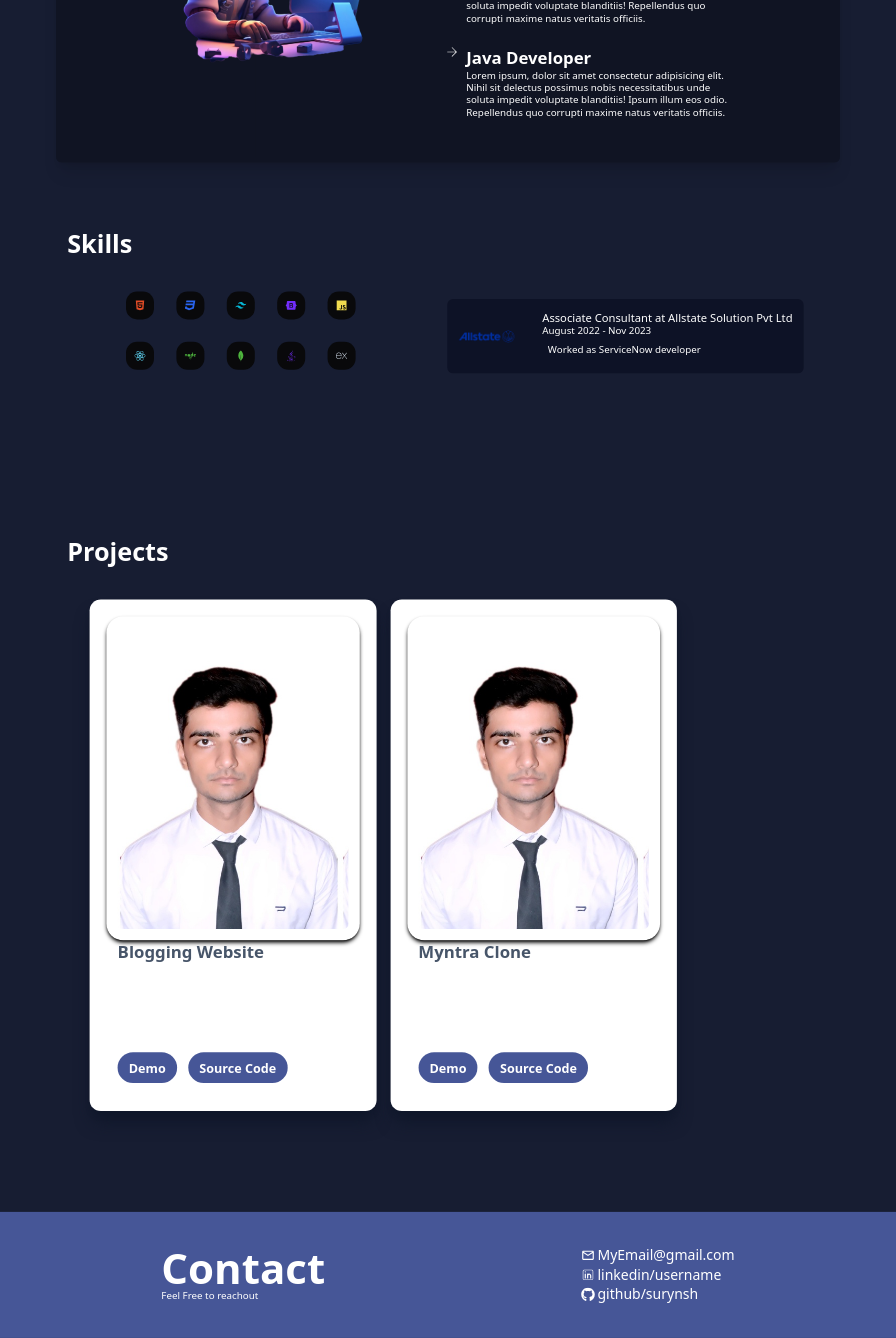
Repository: suryanshsingh99181/portfolio
Page: /
The author's editor kept a copy of each file at every save. The page is drawn from the files as they stood at one save, then again after the next save.
The browser window is 1280 px wide. The pictures show the part of the page from y = 905 to 2825 px (the page is 2817 px tall before and 2825 px after), at 70% of full size.
The project was rebuilt for these pictures with package versions that can differ from the ones it lists, and the page was loaded fresh each time. Also part of the build but not shown: vite.config.js.

Above is the page before, as saved 2024-08-22 11:59:53.

### src/main.jsx
import { StrictMode } from "react";
import { createRoot } from "react-dom/client";
import App from "./App.jsx";
import "./index.css";
import { BrowserRouter, Router } from "react-router-dom";

createRoot(document.getElementById("root")).render(
  <StrictMode>
    <App />
  </StrictMode>
);

### src/App.jsx
import Experience from "./Components/experience/Experience";
import Footer from "./Components/footer/Footer";
import Home from "./Components/home/Home";
import Navbar from "./Components/navbar/Navbar";
import Projects from "./Components/Projects/Projects";
import Skills from "./Components/skills/Skills";
import "./index.css";

function App() {
  return (
    <div className="bg-[#171d32] h-auto w-full overflow-hidden">
      <Navbar></Navbar>
      <Home></Home>
      <Experience></Experience>
      <Skills></Skills>
      <Projects></Projects>
      <Footer></Footer>
    </div>
  );
}

export default App;

### src/Components/experience/Experience.jsx
import { InboxArrowDownIcon } from "@heroicons/react/16/solid";
import { TfiArrowRight } from "react-icons/tfi";
import image from "../../assets/proj.png";

const Experience = () => {
  return (
    <div
      id="Experience"
      className="text-white md:flex overflow-hidden items-center md:flex-wrap md:justify-center bg-black shadow-xl mx-0 md:mx-20 bg-opacity-30 rounded-lg p-12"
    >
      <div>
        <h2 className="text-2xl md:text-4xl font-bold">Experience</h2>
        <div className="md:flex flex-wrap flex-col md:flex-row items-center">
          <img
            className="md:h-80 -ml-28 pr-10"
            src={image}
            alt="Experience Image"
          />
          <ul>
            <div className="flex gap-3 py-4">
              <TfiArrowRight />
              <span className="w-96">
                <h3 className="text-xl md:text-2xl font-semibold leading-normal">
                  {" "}
                  Front-End Developer
                </h3>
                <p className="text-sm md:text-md leading-tight">
                  {" "}
                  Lorem ipsum, dolor sit amet consectetur adipisicing elit.
                  Nihil sit delectus possimus nobis necessitatibus unde soluta
                  impedit voluptate blanditiis! Ipsum illum eos odio.
                  Repellendus quo corrupti maxime natus veritatis officiis.
                </p>
              </span>
            </div>
            <div className="flex gap-3 py-4">
              <TfiArrowRight />
              <span className="w-96">
                <h3 className="text-xl md:text-2xl font-semibold leading-normal">
                  {" "}
                  Back-End Developer
                </h3>
                <p className="text-sm md:text-md leading-tight">
                  {" "}
                  Lorem ipsum, dolor sit amet consectetur adipisicing elit.
                  Nihil sit delectus possimus nobis necessitatibus unde soluta
                  impedit voluptate blanditiis! Repellendus quo corrupti maxime
                  natus veritatis officiis.
                </p>
              </span>
            </div>
            <div className="flex gap-3 py-4">
              <TfiArrowRight />
              <span className="w-96">
                <h1 className="text-xl md:text-2xl font-semibold leading-normal">
                  {" "}
                  Java Developer
                </h1>
                <p className="text-sm md:text-md leading-tight">
                  {" "}
                  Lorem ipsum, dolor sit amet consectetur adipisicing elit.
                  Nihil sit delectus possimus nobis necessitatibus unde soluta
                  impedit voluptate blanditiis! Ipsum illum eos odio.
                  Repellendus quo corrupti maxime natus veritatis officiis.
                </p>
              </span>
            </div>
          </ul>
        </div>
      </div>
    </div>
  );
};

export default Experience;

### src/Components/footer/Footer.jsx
import { CiLinkedin } from "react-icons/ci";
import { FaGithub } from "react-icons/fa";
import { MdOutlineEmail } from "react-icons/md";

const Footer = () => {
  return (
    <div
      id="Contact"
      className="flex justify-around bg-[#465697] text-white p-10 md:p-12 items-center"
    >
      <div>
        <h1 className="text-2xl md:text-6xl font-bold">Contact</h1>
        <h3 className="text-2xl md:text-sm font-normal ">
          Feel Free to reachout
        </h3>
      </div>
      <ul className="text-sm md:text-xl">
        <li className="flex gap-1 items-center">
          <MdOutlineEmail />
          MyEmail@gmail.com
        </li>
        <li className="flex gap-1 items-center">
          <CiLinkedin />
          linkedin/username
        </li>
        <li className="flex gap-1 items-center">
          <FaGithub />
          github/surynsh
        </li>
      </ul>
    </div>
  );
};

export default Footer;
<div></div>;

### src/Components/home/Home.jsx
import React from "react";
import image from "../../assets/suryansh.jpg";
import TextChanger from "../../TextChanger";

const Home = () => {
  return (
    <div className="text-white flex w-full justify-between items-start p-10 md:p-20">
      <div className="md:w-2/4 md:pt-10 mt-10">
        <h1 className="text-3xl md:text-6xl font-bold flex leading-normal tracking-tighter ">
          <TextChanger />
        </h1>
        <p className="text-sm md:text-2xl leading-tight tracking-tight font-serif mt-4">
          a MERN stack developer...
        </p>
        <button className=" bg-blue-500 mt-5 md:md-10 text-white py-2 px-3 text-sm md:text-lg md:px-4 hover:opacity-85 duration-300 hover:scale-105 font-semibold rounded-3xl bg-[#46]">
          Contact Me
        </button>
      </div>
      <div>
        <img
          className="h-96 w-96 rounded-full object-cover object-center p-2 border-4 border-[#FF7C00] shadow-[0_0_0_5px_rgba(0,0,0,1)]"
          src={image}
          alt=""
        />
      </div>
    </div>
  );
};

export default Home;

### src/Components/navbar/Navbar.jsx
import { RiCloseLine, RiMenu3Line } from "@remixicon/react";
import React, { useState } from "react";

const Navbar = () => {
  const [showMenu, setShowMenu] = useState(true);
  const [menu, openMenu] = useState(false);
  return (
    <nav className="flex flex-wrap justify-between md:items-center text-white px-10 md:px-20 bg-slate-800 ">
      <span className="text-2xl font-bold tracking-wide hover:text-cyan-200">
        Suryansh.
      </span>
      <ul
        className={`mx-24  py-2 mt-4 font-semibold md:-5 bg-black px-2 rounded-xl bg-opacity-30 md:border-none text-center md:bg-transparent md:static md:mx-0 md:flex gap-6 ${
          menu ? "block" : "hidden"
        }`}
      >
        <a href="#About">
          <li className="text-md transition-all duration-500 p-1 md:p-0 hover:text-cyan-200 hover:underline ">
            About
          </li>
        </a>
        <a href="#Experience">
          <li className="text-md transition-all duration-300 p-1 md:p-0 hover:text-cyan-200 hover:underline">
            Experience
          </li>
        </a>
        <a href="#Projects">
          <li className="text-md transition-all duration-300 p-1 md:p-0 hover:text-cyan-200 hover:underline">
            Projects
          </li>
        </a>
        <a href="#Contact">
          <li className="text-md transition-all duration-300 p-1 md:p-0 hover:text-cyan-200 hover:underline">
            Contact
          </li>
        </a>
      </ul>
      {showMenu ? (
        <RiMenu3Line
          size={30}
          className="md:hidden absolute right-10 top-6 transition-all duration-300"
          onClick={() => {
            openMenu(!menu);
            setShowMenu(!showMenu);
          }}
        />
      ) : (
        <RiCloseLine
          size={30}
          className="md:hidden absolute right-10 top-6 transition-all duration-300"
          onClick={() => {
            openMenu(!menu);
            setShowMenu(!showMenu);
          }}
        />
      )}
    </nav>
  );
};

export default Navbar;

### src/Components/Projects/Projects.jsx
import ProjectCard from "./ProjectCard";

const Projects = () => {
  return (
    <div id="Projects" className="p-10 md:p-24 text-white">
      <h1 className="text-2xl md:text-4xl text-white font-bold">Projects</h1>
      <div className="py-12 px-8 flex flex-wrap gap-5">
        <ProjectCard
          title="Blogging Website"
          main="This is a blogging Website created in ReactJs"
        />
        <ProjectCard
          title="Myntra Clone"
          main="This is a Shopping Website created in ReactJs"
        />
      </div>
    </div>
  );
};

export default Projects;

### src/Components/skills/Skills.jsx
import {
  FaCss3,
  FaFigma,
  FaGoogle,
  FaHtml5,
  FaJava,
  FaJs,
  FaNode,
  FaReact,
} from "react-icons/fa";
import {
  SiBootstrap,
  SiExpress,
  SiMongodb,
  SiRadixui,
  SiTailwindcss,
} from "react-icons/si";
import allstate_logo from "../../assets/Allstate-Logo-2017.png";
import image from "../../assets/proj.png";

const Skills = () => {
  return (
    <div id="Skills" className="p-10 md:p-24">
      <h1 className="text-2xl md:text-4xl text-white font-bold">Skills</h1>
      <div className="flex flex-wrap items-center justify-around">
        <div className="flex flex-wrap md:w-2/5 gap-8 md:p-12 py-10">
          <span className="p-3 bg-zinc-950 flex items-center rounded-2xl ">
            <FaHtml5 className=" text-[#e34c26]" />
          </span>
          <span className="p-3 bg-zinc-950 flex items-center rounded-2xl ">
            <FaCss3 className=" text-[#2965f1]" />
          </span>
          <span className="p-3 bg-zinc-950 flex items-center rounded-2xl ">
            <SiTailwindcss className=" text-[#06b6d4]" />
          </span>
          <span className="p-3 bg-zinc-950 flex items-center rounded-2xl ">
            <SiBootstrap className=" text-[#712CF9]" />
          </span>
          <span className="p-3 bg-zinc-950 flex items-center rounded-2xl ">
            <FaJs className="text-[#f0db4f]" />
          </span>
          <span className="p-3 bg-zinc-950 flex items-center rounded-2xl ">
            <FaReact className=" text-[#61dbfb] " />
          </span>

          <span className="p-3 bg-zinc-950 flex items-center rounded-2xl ">
            <FaNode className="text-[#4db33d]" />
          </span>

          <span className="p-3 bg-zinc-950 flex items-center rounded-2xl ">
            <SiMongodb className="text-[#4db33d]" />
          </span>
          <span className="p-3 bg-zinc-950 flex items-center rounded-2xl ">
            <FaJava className="text-[#712CF5]" />
          </span>
          <span className="p-3 bg-zinc-950 flex items-center rounded-2xl ">
            <SiExpress className="text-slate-300" />
          </span>
        </div>

        <div className="flex gap-10 bg-slate-950 bg-opacity-45 mt-4 rounded-lg p-4 items-center">
          <img src={allstate_logo} className="w-20 text-[#0033A0]" />
          <span className="text-white">
            <h2 className=" leading-tight ">
              Associate Consultant at Allstate Solution Pvt Ltd
            </h2>
            <p className="text-sm leading-tight font-thin">
              August 2022 - Nov 2023
            </p>
            <ul className="text-sm p-2">
              <li>Worked as ServiceNow developer</li>
            </ul>
          </span>
        </div>
      </div>
    </div>
  );
};

export default Skills;

### src/TextChanger.jsx
import { useState, useEffect } from "react";

const TextChanger = () => {
  const texts = ["Hi I am Suryansh", "Hi I am Suryansh", "Hi I am Suryansh"];
  const [currentText, setCurrentText] = useState("");
  const [endValue, setEndValue] = useState(true);
  const [isForward, setIsForward] = useState(true);
  const [index, setIndex] = useState(0);

  useEffect(() => {
    const intervalId = setInterval(() => {
      setCurrentText(texts[index].substring(0, endValue));
      if (isForward) {
        setEndValue((prev) => prev + 1);
      } else {
        setEndValue((prev) => prev - 1);
      }
      if (endValue > texts[index].length + 10) {
        setIsForward(false);
      }
      if (endValue < 2.1) {
        setIsForward(true);
        setIndex((prev) => prev & texts.length);
      }
    }, 50);
    return () => clearInterval(intervalId);
  }, [endValue, isForward, index, texts]);
  return <div className="transition ease duration-300">{currentText}</div>;
};

export default TextChanger;

### src/Components/Projects/ProjectCard.jsx
import suryansh from "../../assets/suryansh.jpg";

const ProjectCard = ({ title, main }) => {
  return (
    <div className="w-2/5 p-3 md:p-6 flex flex-col bg-white shadow-xl shadow-slate-900 rounded-2xl">
      <img
        className="p-4 rounded-3xl shadow-md shadow-black"
        src={suryansh}
        alt="bannerimage"
      />
      <h3 className="px-4 text-xl md:text-2xl font-semibold leading-normal text-slate-600">
        {title}
      </h3>
      <p className="px-4 text-sm md:text-base leading-tight py-2">{main}</p>
      <div className="mt-2 p-2 md:p-4 flex gap-2 md:gap-4 ">
        <button className="md:mt-10 text-white py-2 px-3 text-sm md:text-lg md:py-2 md:px-4 hover:opacity-85 duration-300 hover:scale-105 font-semibold rounded-3xl bg-[#465697]">
          Demo
        </button>
        <button className="md:mt-10 text-white py-2 px-3 text-sm md:text-lg md:py-2 md:px-4 hover:opacity-85 duration-300 hover:scale-105 font-semibold rounded-3xl bg-[#465697]">
          Source Code
        </button>
      </div>
    </div>
  );
};

export default ProjectCard;

Loaded but not shown: index.html (common file); src/index.css (common file); tailwind.config.js (common file)

After the next save:
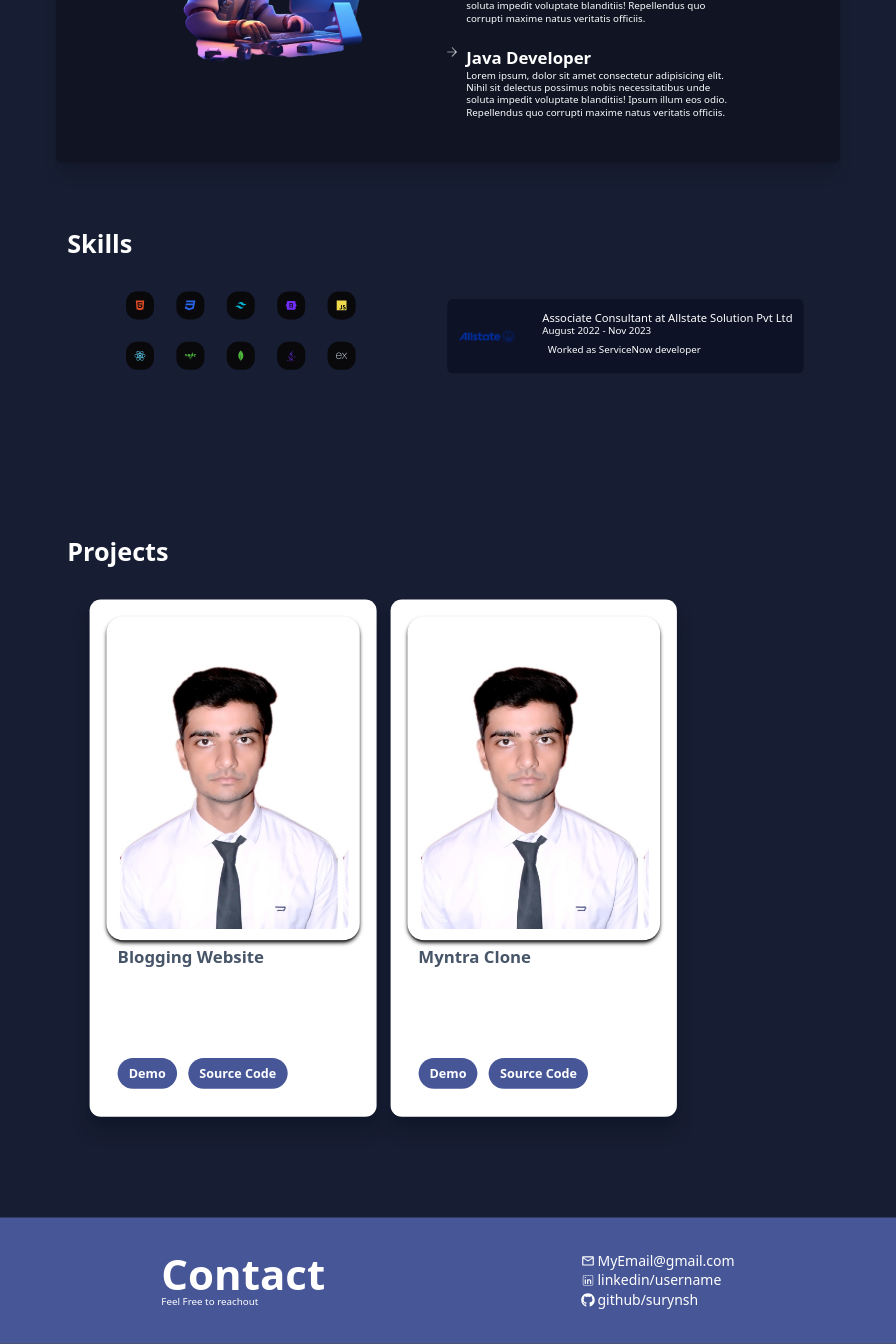
Saved 13 s later.
--- a/src/Components/Projects/ProjectCard.jsx
+++ b/src/Components/Projects/ProjectCard.jsx
@@ -8,7 +8,7 @@
         src={suryansh}
         alt="bannerimage"
       />
-      <h3 className="px-4 text-xl md:text-2xl font-semibold leading-normal text-slate-600">
+      <h3 className="mt-2 px-4 text-xl md:text-2xl font-semibold leading-normal text-slate-600">
         {title}
       </h3>
       <p className="px-4 text-sm md:text-base leading-tight py-2">{main}</p>
